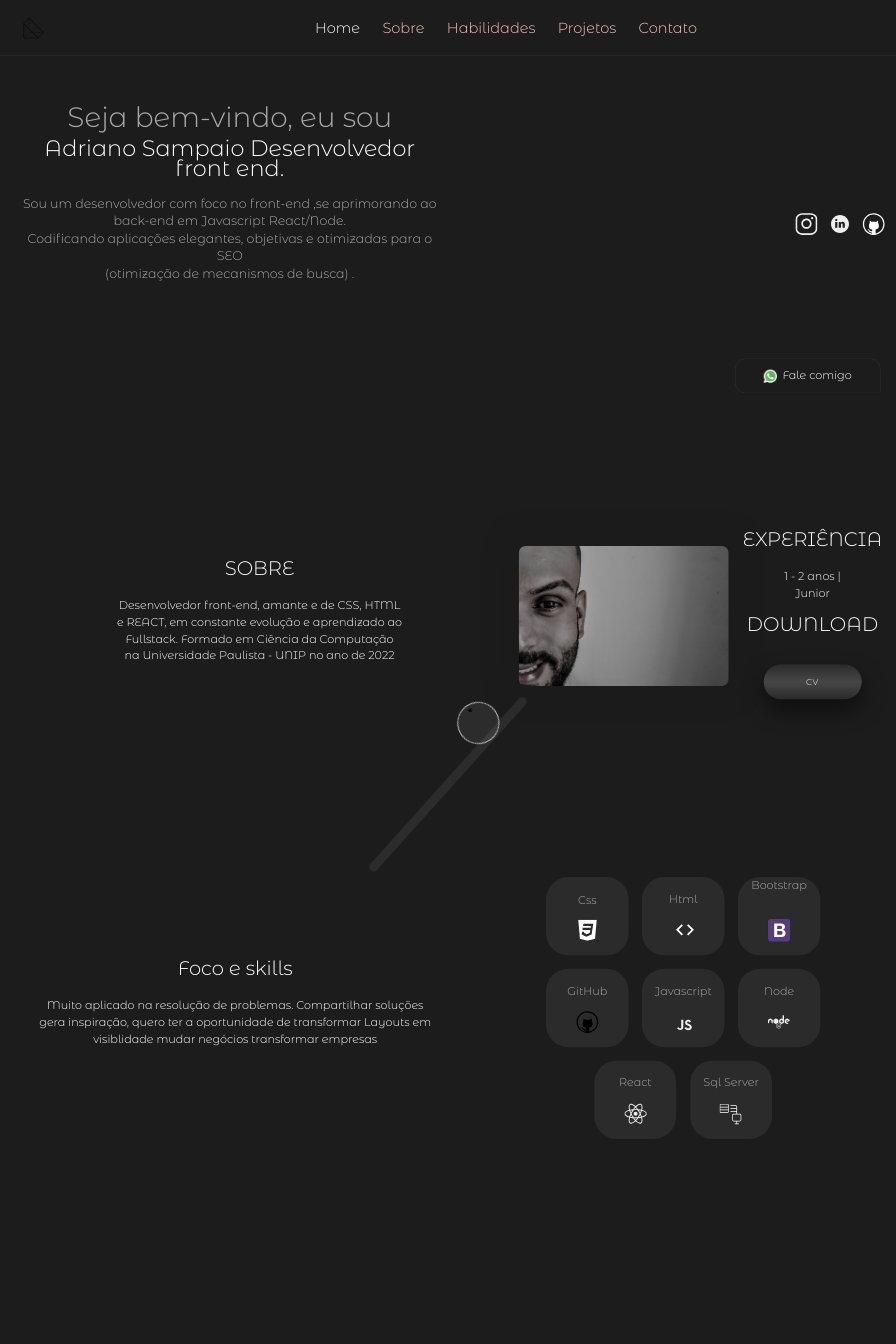
Repository: adrianodisam/NovoPortifolio
Page: /
An editor plug-in stored every save of this project. The page is shown before and after the next save, followed by the edit.
The browser window is 1280 px wide. The pictures show the part of the page from y = 0 to 1920 px (the page is 3024 px tall), at 70% of full size.
The project was rebuilt for these pictures with package versions that can differ from the ones it lists, and the page was loaded fresh each time. Imported but missing from the stored project, and not drawn on this page: src/componentes/Download/Adriano.pdf.

Above is the page before, as saved 2024-11-02 16:36:03.

After the next save:
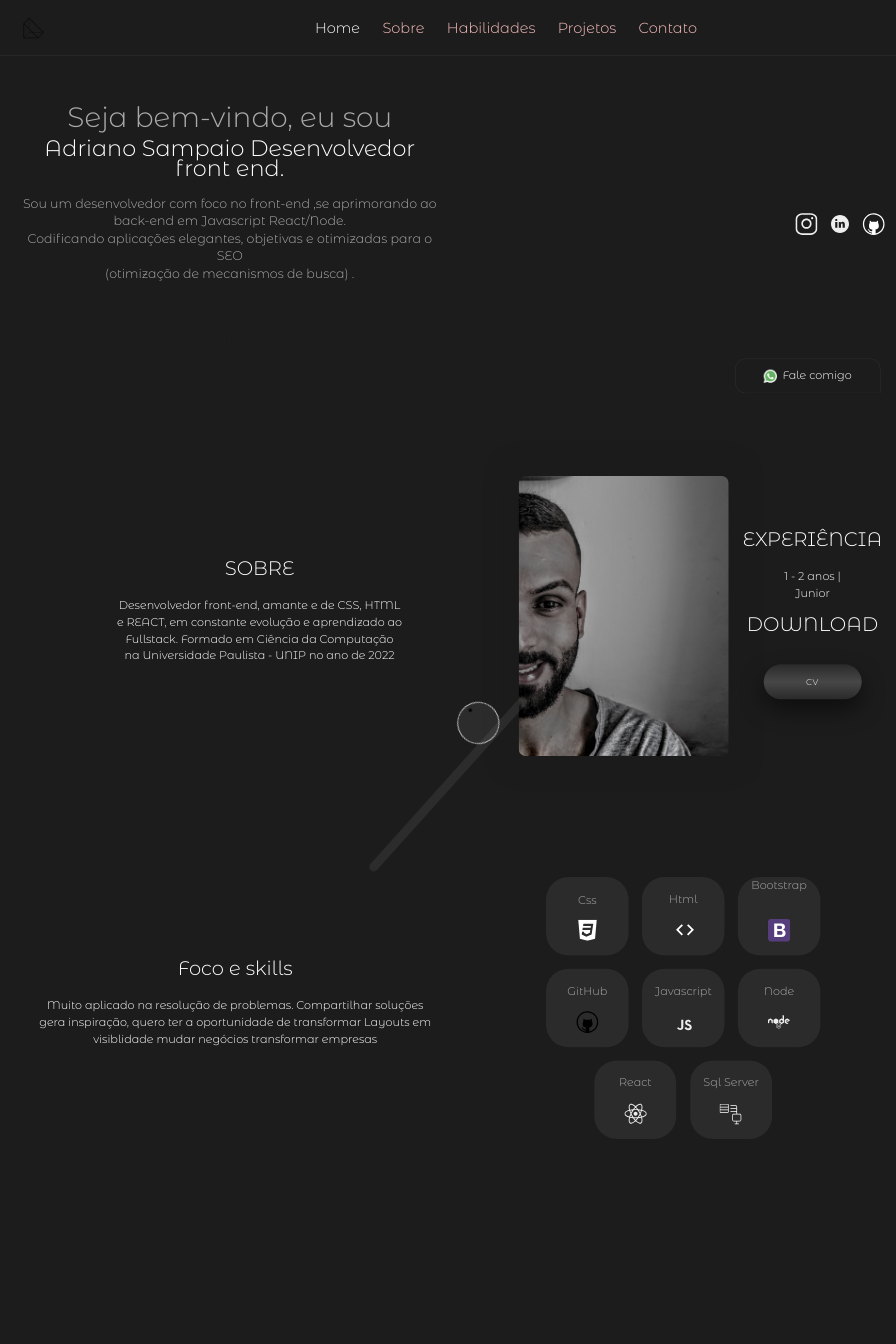
Saved 7 s later.
--- a/src/componentes/FotoSobre/FotoSobre.module.css
+++ b/src/componentes/FotoSobre/FotoSobre.module.css
@@ -13,7 +13,7 @@
   width: 15rem;
   transition: all 0.4s;
   width: 300px; /* Ajuste o tamanho conforme necessário */
-  height: 200px; /* Ajuste o tamanho conforme necessário */
+  height: 400px; /* Ajuste o tamanho conforme necessário */
   object-fit: cover;
   border-radius: 10px; /* Raio para bordas arredondadas */
   box-shadow: 0 0 30px 15px rgba(28, 28, 28, 0.8); /* Sombra esfumaçada */
